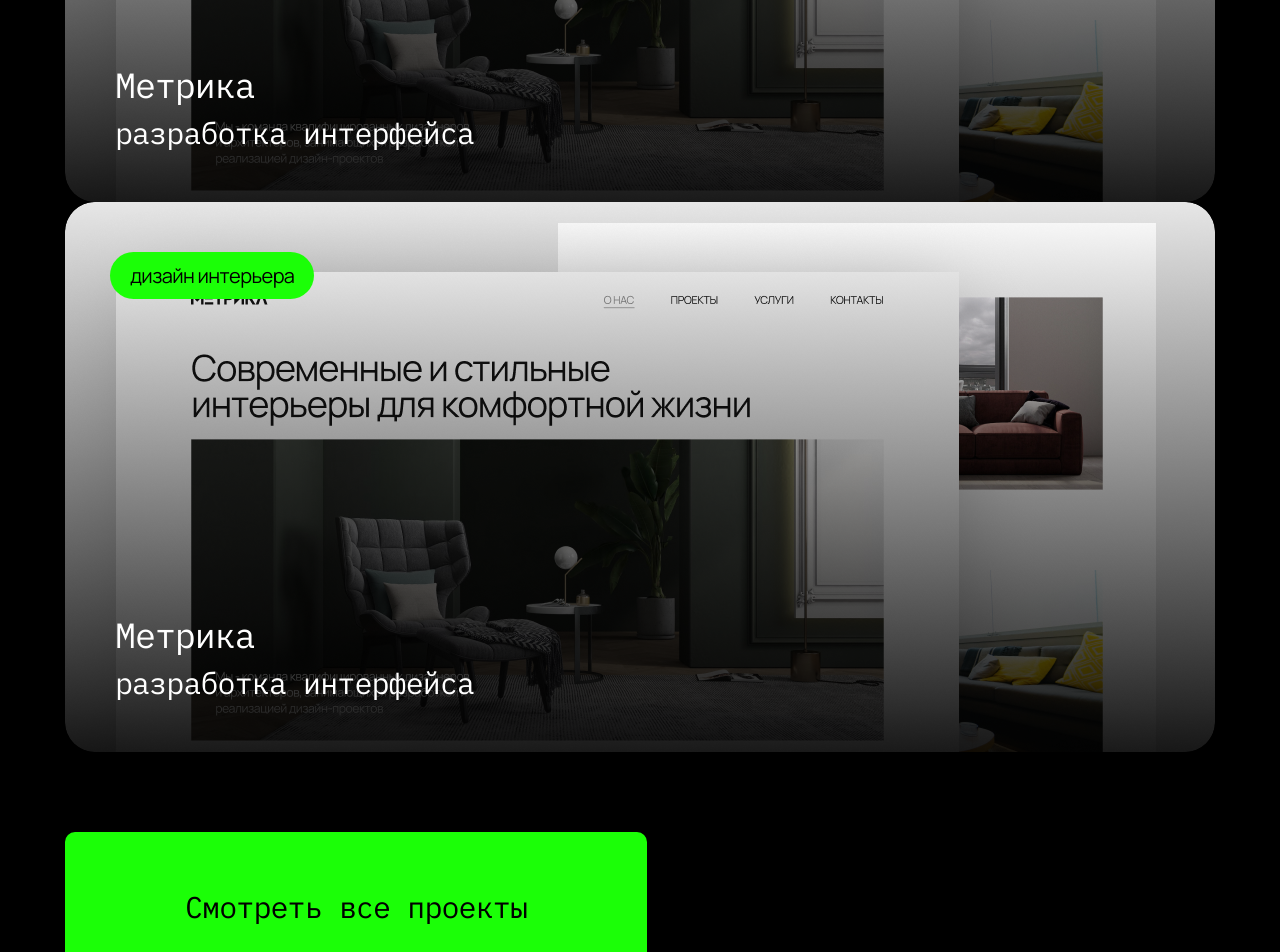
Repository: Huseynov98/portfolio-site
Page: index.html
The author's editor kept a copy of each file at every save. The page is drawn from the files as they stood at one save, then again after the next save.
The browser window is 1280 px wide. The pictures show the part of the page from y = 1880 to 2832 px (the page is 6927 px tall).
A picture or video elsewhere on the page could not be fetched, so the positions and the page height are approximate.

Above is the page before, as saved 2023-06-24 14:28:32.

### index.html
<!DOCTYPE html>
<html lang="en">
  <head>
    <meta charset="UTF-8" />
    <meta http-equiv="X-UA-Compatible" content="IE=edge" />
    <meta name="viewport" content="width=device-width, initial-scale=1.0" />
    <link rel="preconnect" href="https://fonts.googleapis.com" />
    <link rel="preconnect" href="https://fonts.gstatic.com" crossorigin />
    <link
      href="https://fonts.googleapis.com/css2?family=IBM+Plex+Mono:wght@400;700&display=swap"
      rel="stylesheet"
    />
    <link
      href="https://fonts.googleapis.com/css2?family=Manrope&display=swap"
      rel="stylesheet"
    />
    <link rel="stylesheet" href="styles/styles.css" />
    <link rel="stylesheet" href="styles/reset.css" />
    <title>Portfolio</title>
  </head>
  <body>
    <div class="welcome-block">
          <nav class="bloc-nav">
            <div class="box-logo">
              <a class="logo" href="">Huseynov</a>
            </div>
            <div class="box-link">
              <a class="nav-link" href="#portfolio"> Портфолио </a>
              <a class="nav-link" href="#benefits"> Компетенции </a>
              <a class="nav-link" href="#capability"> УСЛУГИ </a>
              <a class="nav-link" href="#connection"> КОНТАКТЫ </a>
            </div>
            <div class="js-burger-btn burger-btn"></div>
          </nav>
        <div class="box-welcom">
        <p class="text-welcom-block">
          Разрабатываю имиджевые сайты для малого и среднего бизнеса, которые
          повышают престиж компании и позволяют выделиться на фоне конкурентов
        </p>
        <h1 class="title-welcom-block">
          Привет, я Рустам — фронтенд разарботчик и дизайнер сайтов
        </h1>
      </div>
    </div>
    <section  class="portfolio-section">
      <h2 id="portfolio" class="title-portfolio">Самые свежие проекты</h2>
      <ul class="box-portfolio">
        <li class="block-portfolio">
          <a href="https://huseynov98.github.io/nothing-ear/" target="_blank">
            <p class="description-portfolio">презентация продукта</p>
          <img class="img-portfolio" src="resources/nothing-ear.png" alt="" />
          <p class="title-block-portfolio">Nothing</p>
          <p class="text-portfolio">верстка, настройка</p>
        </a>
        </li>
        <li class="block-portfolio">
          <a href="https://huseynov98.github.io/metrica/" target="_blank">
            <p class="description-portfolio">дизайн интерьера</p>
          <img class="img-portfolio" src="resources/metrica.png" alt="" />
          <p class="title-block-portfolio">Метрика</p>
          <p class="text-portfolio">разработка интерфейса</p>
        </a>
        </li>
        <li class="block-portfolio">
          <a href="https://huseynov98.github.io/createx/" target="_blank">
            <p class="description-portfolio">дизайн интерьера</p>
          <img class="img-portfolio" src="resources/metrica.png" alt="" />
          <p class="title-block-portfolio">Метрика</p>
          <p class="text-portfolio">разработка интерфейса</p>
        </a>
        </li>
      </ul>
      <a href="" class="projects-button">
        <p>Смотреть все проекты</p>
      </a>
    </section>
    <section id="benefits" class="section-benefits">
      <h3 class="heading-benefits">Мои компетенции</h3>
      <ul class="box-benefits">
        <li class="block-benefits">
          <div class="enumeration-benefits">
            <picture>
              <source
                media="(max-width: 1199px)"
                srcset="resources/html-phone.png"
              />
              <img src="resources/html.png" alt="" />
            </picture>
          </div>
          <h4 class="subtitle-benefits">HTML и CSS</h4>
          <p class="text-benefits first-text-benefits">
            это основа фронтенд разработки. Умение создавать и правильно
            структурировать HTML-документы, а также применять стили к этим
            документам на CSS, является обязательным навыком для каждого
            фронтенд разработчика.
          </p>
        </li>
        <li class="block-benefits">
          <div class="enumeration-benefits">
            <picture>
              <source
                media="(max-width: 1199px)"
                srcset="resources/js-phone.png"
              />
              <img src="resources/js.png" alt="" />
            </picture>
          </div>
          <h4 class="subtitle-benefits">JavaScript</h4>
          <p class="text-benefits">
            это язык программирования, который используется для создания
            динамического и интерактивного пользовательского интерфейса. Хороший
            фронтенд разработчик должен быть знаком с основами JavaScript,
            включая работу с DOM-деревом, асинхронными запросами и манипуляцией
            данными на стороне клиента.
          </p>
        </li>
        <li class="block-benefits">
          <div class="enumeration-benefits">
            <picture>
              <source
                media="(max-width: 1199px)"
                srcset="resources/phone-phone.png"
              />
              <img src="resources/phone.png" alt="" />
            </picture>
          </div>
          <h4 class="subtitle-benefits third-subtitle-benefits">
            Работа с библиотеками и фреймворками
          </h4>
          <p class="text-benefits">
            фронтенд разработчики должны быть знакомы с различными библиотеками
            и фреймворками, такими как React, Angular, Vue и другими. Умение
            использовать готовые решения, адаптировать их под нужды проекта и
            расширять их функциональность, является очень важным навыком.
          </p>
        </li>
        <li class="block-benefits">
          <div class="enumeration-benefits">
            <picture>
              <source
                media="(max-width: 1199px)"
                srcset="resources/development-phone.png"
              />
              <img src="resources/development.png" alt="" />
            </picture>
          </div>
          <h4 class="subtitle-benefits subtitle-benefits-last">
            Разработка для мобильных устройств и адаптивная верстка
          </h4>
          <p class="text-benefits">
            фронтенд разработчики должны быть знакомы с различными библиотеками
            и фреймворками, такими как React, Angular, Vue и другими. Умение
            использовать готовые решения, адаптировать их под нужды проекта и
            расширять их функциональность, является очень важным навыком.
          </p>
        </li>
      </ul>
    </section>
      <section class="section-capability">
        <p class="capability-heading">Помогаю реализовать широкий спектр задач</p>

          <div id="capability" class="box-capability">
          <picture>
            <source
                media="(max-width: 767px)"
                srcset="resources/full-construction-phone.png"
              />
              <img
              class="capability-img"
              src="resources/full-construction.png"
              alt=""
            />
          </picture>
          <div class="capability">
            <h5 class="heading-box">Разработка сайта под ключ</h5>
            <p>
              Это создание дизайн веб-сайтов, созданный для удобства пользователя и
              решения бизнес-задач Сайты должны быть понятными и удобными, ведь чем
              понятнее сайт, тем быстрее пользователь совершит целевое действие
            </p>
          </div>
          </div>

        <div class="box-capability">
          <picture>
            <source
                media="(max-width: 767px)"
                srcset="resources/layout-phone.png"
              />
              <img class="capability-img" src="resources/layout.png" alt="" />
          </picture>
          <div class="capability">
            <h5 class="heading-box">Верстка сайтов</h5>
            <p>
              Это процесс создания HTML-документов и применения к ним стилей на CSS.
              Фронтенд разработчик может помочь создать привлекательный и удобный
              интерфейс для вашего сайта
            </p>
          </div>
        </div>

        <div class="box-capability">
          <picture>
            <source
                media="(max-width: 767px)"
                srcset="resources/mobile-interfaces-phone.png"
              />
              <img class="capability-img" src="resources/mobile-interfaces.png" alt="" />
          </picture>
          <div class="capability">
            <h5 class="heading-box">Разработка мобильного интерфейса</h5>
            <p>
              Это процесс создания интерактивных элементов на странице с помощью
              JavaScript. Фронтенд разработчик может помочь создать динамический и
              удобный пользовательский интерфейс для вашего сайта или приложения.
            </p>
          </div>
        </div>
      </section>

    <div id="connection" class="connection">
        <div class="drawing"></div>
      <div class="box-connection">
        <p class="connection-title">Для связи со мной заполните простую форму</p>
        <input class="input-connection" type="text" name="name" placeholder="Имя Фамилия">
        <input class="input-connection" type="email" name="email" placeholder="example@mail.com">
        <button class="btn-connection">Отправить</button>
      </div>
    </div>

     <footer class="footer">
      <div class="footer-box">
        <p class="footer-title">Портфолио фротнтенд-разработчика Кирилла Немчицкого</p>
        <div class="footer-links">
          <a class="footer-connection" href="mailto:cirill77556goos@mail.com"
          >mail</a
        >

        <a class="footer-connection" href="https://t.me/KNemch"
          >telegram</a
        >
        <a
          class="footer-connection"
          href="https://www.instagram.com/kirill_niemczyk/?hl=ru"
          >instagram</a
        >
        </div>
    </div>
      <div class="footer-subtext">
        <p class="footer-text">Все права защищены. 2023</p>
        <p class="footer-text">политика обработки данных</p>
      </div>
    </footer>
    <div class="js-burger burger">
      <div class="js-contact__burger burger__contact">
          <nav class="burger-nav">
            <div class="burger-logo-link">
              <a class="burger-logo">NEMCHITSKY</a>
            </div>
              <a class="burger-nav-link nav-link-active" href="#portfolio">портфолио</a>
              <a class="burger-nav-link " href="#benefits">компетенции</a>
              <a class="burger-nav-link " href="#capability">УСЛУГИ</a>
              <a class="burger-nav-link" href="#connection">КОНТАКТЫ</a>
          </nav>
              <div class="burger-contact-box">
                <p id="contact" class="burger-contact-title">для связи:</p>
                <div class="burger-contact">
                 <div class="burger-link">
                    <a class="burger-connection" href="mailto:cirill77556goos@mail.com"
                    >mail</a
                  >
                  <a class="burger-connection" href="https://t.me/KNemch"
                    >telegram</a
                  >
                  <a
                    class="burger-connection"
                    href="https://www.instagram.com/kirill_niemczyk/?hl=ru"
                    >instagram</a
                  >
                 </div>
                </div>
              </div>
      </div>
    </div>
    <script src="burger.js"></script>
  </body>
</html>

### styles/styles.css
@import "welcom-block.css";
@import "portfolio.css";
@import "benefits.css";
@import "capability.css";
@import "connection.css";
@import "footer.css";
@import "nav.css";
@import "burger.css";

html {
  scroll-behavior: smooth;
}
body {
  background-color: black;
  font-family: "IBM Plex Mono", monospace;
  font-family: "Manrope", sans-serif;
}

### styles/welcom-block.css
.welcome-block {
  width: 100%;
  height: 100vh;
  background-size: 100%;
  margin-top: 0 auto;
  background-image: url("../resources/men.png");
  background-size: 100%;
  background-repeat: no-repeat;
  background-position: 50%;
  background-size: cover;
  display: flex;
  flex-direction: column;
  flex-wrap: nowrap;
  justify-content: space-between;
}
.box-welcom {
  width: 1150px;
  margin: 0 auto;
  display: flex;
  flex-direction: column;
  justify-content: flex-end;
  gap: 29px;
  padding-bottom: 94px;
}
.text-welcom-block {
  width: 430px;
  height: 103px;
  left: 125px;
  top: 334px;

  font-family: "IBM Plex Mono";
  font-style: normal;
  font-weight: 400;
  font-size: 20px;
  line-height: 26px;
  letter-spacing: -0.03em;

  color: #ffffff;
}
.title-welcom-block {
  width: 919px;
  height: 205px;
  font-family: "IBM Plex Mono";
  font-style: normal;
  font-weight: 400;
  font-size: 80px;
  line-height: 70px;
  letter-spacing: -0.03em;

  color: #1bff07;
}
@media (max-width: 1199px) {
  .box-welcom {
    width: 100%;
    padding: 0px 0px 60px 10px;
  }
  .title-welcom-block {
    font-size: 60px;
    line-height: 70px;
    width: 727px;
    height: 205px;
  }
}
@media (max-width: 767px) {
  .welcome-block{
    background-image: url("../resources/men-phone.png");
  }
  .box-welcom {
    padding: 0px 12px 60px 10px;
  }
  .text-welcom-block{
    font-size: 15px;
line-height: 20px;
width: 90%;
  }
  .title-welcom-block {
    font-size: 40px;
    line-height: 47px;
    width: 100%;
    height: auto;
  }
}

### styles/benefits.css
.section-benefits {
  width: 1150px;
  margin: 0 auto;
}
.heading-benefits {
  font-family: "IBM Plex Mono";
  font-style: normal;
  font-weight: 400;
  font-size: 55px;
  line-height: 72px;
  margin-bottom: 80px;
  margin-top: 150px;
  letter-spacing: -0.03em;

  color: #ffffff;
}
.box-benefits {
  display: flex;
  flex-wrap: wrap;
  justify-content: space-between;
  row-gap: 40px;
}
.block-benefits {
  width: calc(50% - 5px);
  height: auto;
}
.enumeration-benefits {
  display: flex;
  background: #1bff07;
  border-radius: 10px;
  width: 45px;
  height: 44px;
  margin-left: 2px;

  align-items: center;
  justify-content: center;
}
.enumeration-benefits img {
  background-repeat: no-repeat;
  object-fit: cover;
  object-position: 50%;
}
.subtitle-benefits {
  width: auto;
  margin-top: 15px;
  margin-bottom: 16px;
  font-family: "IBM Plex Mono";
  font-style: normal;
  font-weight: 400;
  font-size: 35px;
  line-height: 46px;
  letter-spacing: -0.03em;
  color: #1bff07;
}

.text-benefits {
  width: 100%;
  font-family: "IBM Plex Mono";
  font-style: normal;
  font-weight: 400;
  font-size: 22px;
  line-height: 29px;
  letter-spacing: -0.03em;
  color: #ffffff;
}
.first-text-benefits {
  width: 535px;
}
.third-subtitle-benefits {
  margin-bottom: 54px;
}
@media (max-width: 1199px) {
  .section-benefits {
    width: 100%;
    padding: 0 13px 0 15px;
  }
  .box-benefits {
    row-gap: 36px;
  }
  .heading-benefits {
    font-size: 45px;
    line-height: 58px;
    margin-bottom: 60px;
  }
  .enumeration-benefits {
    background: #1bff07;
    border-radius: 10px;
    width: 36px;
    height: 36px;
    text-align: center;
    margin-left: 2px;
  }
  .subtitle-benefits {
    font-size: 28px;
    line-height: 36px;
    margin-top: 10px;
    margin-bottom: 13px;
  }
  .text-benefits {
    font-size: 18px;
    line-height: 23px;
  }
  .first-text-benefits {
    width: 95%;
  }
  .third-subtitle-benefits {
    margin-bottom: 46px;
  }
}
@media (max-width: 767px) {
  .box-benefits {
    align-content: flex-start;
    flex-direction: column;
    align-items: flex-start;
    gap: 60px;
  }
  .block-benefits {
    width: 100%;
    height: auto;
  }
  .heading-benefits {
    margin-bottom: 60px;
    margin-top: 100px;
  }
  .subtitle-benefits {
    margin-bottom: 15px;
  }
}

### styles/capability.css
.section-capability {
  width: 1150px;
  margin: 0 auto;
  display: flex;
  flex-direction: column;
  row-gap: 40px;
}
.capability-heading {
  margin-top: 150px;
  margin-bottom: 40px;
  width: 403px;
  height: 92px;
  font-family: "IBM Plex Mono";
  font-style: normal;
  font-weight: 400;
  font-size: 35px;
  line-height: 46px;
  letter-spacing: -0.03em;

  color: #ffffff;
}
.capability-img {
  width: 1150px;
  height: 200px;
  border-radius: 30px;
}
.capability {
  width: 100%;
  height: 283px;
  border-radius: 30px;
  background: #191c19;
  padding: 40px 40px 40px 40px;
  display: flex;
  justify-content: space-between;
}
.heading-box {
  font-family: "IBM Plex Mono";
  font-style: normal;
  font-weight: 400;
  font-size: 55px;
  line-height: 72px;
  width: 490px;
  height: auto;

  letter-spacing: -0.03em;

  color: #1bff07;
}
.box-capability p {
  font-family: "IBM Plex Mono";
  font-style: normal;
  font-weight: 400;
  font-size: 22px;
  line-height: 29px;
  letter-spacing: -0.03em;
  color: #ffffff;
  width: 525px;
  height: 175px;
}
@media (max-width: 1199px) {
  .section-capability {
    width: 100%;
    row-gap: 32px;
    padding: 0 15px 0 15px;
  }
  .capability-heading {
    margin-top: 150px;
    margin-bottom: 28px;
    width: 326px;
    height: 74px;
    font-size: 28.3043px;
    line-height: 37px;
  }
  .capability-img {
    width: 100%;
    height: 162px;
    object-fit: cover;
    object-position: 50%;
  }
  .capability {
    height: 229px;
    padding: 32px;
  }
  .heading-box {
    font-size: 45px;
    line-height: 110%;
    width: calc(50% - 25px);
    height: auto;
  }
  .box-capability p {
    font-size: 18px;
    line-height: 23px;
    width: calc(50% - 10px);
    height: auto;
  }
}
@media (max-width: 767px) {
  .section-capability {
    row-gap: 60px;
    padding: 0 13px 0 12px;
  }
  .capability-heading {
    margin-top: 100px;
    margin-bottom: 0px;
    width: 90%;
    height: auto;
  }
  .capability-img {
    height: 225px;
  }
  .capability {
    width: 100%;
    height: auto;
    padding: 30px 20px 30px 20px;
    flex-direction: column;
    align-items: flex-start;
    row-gap: 15px;
  }
  .heading-box {
    font-size: 35px;
    line-height: 110%;
    width: 95%;
    height: auto;
  }
  .box-capability p {
    font-size: 18px;
    line-height: 23px;
    width: 100%;
    height: auto;
  }
}

### styles/footer.css
.footer {
  width: 100%;
  height: 223px;
  margin: 0 auto;
  background: #ffffff;
  border-radius: 30px 30px 0 0;
}
.footer-box {
  width: 1150px;
  margin: 0 auto;
  display: flex;
  justify-content: space-between;
  padding-top: 76px;
}
.footer-links {
  display: flex;
  gap: 24px;
}
.footer-subtext {
  width: 1150px;
  display: flex;
  margin: 0 auto;
  justify-content: space-between;
  border-radius: 30px 30px 0 0;
}
.footer-title {
  font-family: "Manrope";
  font-style: normal;
  font-weight: 400;
  font-size: 22px;
  line-height: 30px;
  letter-spacing: -0.03em;
  color: #000000;
}

.footer-text {
  font-family: "Manrope";
  font-style: normal;
  font-weight: 400;
  font-size: 20px;
  line-height: 27px;
  letter-spacing: -0.03em;
  margin-top: 66px;
  color: #000000;
  opacity: 0.5;
}
.footer-connection {
  font-family: "Manrope";
  font-style: normal;
  font-weight: 400;
  font-size: 22px;
  line-height: 30px;
  letter-spacing: -0.03em;
  text-decoration: none;
  color: #000000;
}
.footer-connection:hover {
  opacity: 0.5;
}
@media (max-width: 1199px) {
  .footer {
    height: 156px;
  }
  .footer-box {
    width: 100%;
    padding: 51px 40px 0px 40px;
  }
  .footer-links {
    gap: 14px;
  }
  .footer-subtext {
    width: 100%;
    padding: 0px 40px 0px 40px;
  }
  .footer-title {
    font-size: 16px;
    line-height: 22px;
  }
  .footer-text {
    font-size: 14px;
    line-height: 19px;
    margin-top: 43px;
    width: auto;
  }
  .footer-connection {
    font-size: 16px;
    line-height: 22px;
  }
}
@media (max-width: 767px) {
  .footer {
    height: 249px;
  }
  .footer-box {
    flex-direction: column;
    row-gap: 20px;
    padding: 47px 12px 0px 13px;
  }
  .footer-links {
    gap: 13px;
  }
  .footer-subtext {
    padding: 40px 12px 0px 13px;
    flex-direction: column;
    row-gap: 12px;
  }
  .footer-title {
    font-size: 15px;
    line-height: 20px;
  }
  .footer-text {
    font-size: 13px;
    line-height: 18px;
    margin-top: 0px;
    width: auto;
  }
  .footer-connection {
    font-size: 13px;
    line-height: 18px;
  }
}

### styles/nav.css
.bloc-nav{
  margin-top: 100px;
    width: 1150px;
    margin: 0 auto;
    display: flex;
    justify-content: space-between;
    align-items: center;
    padding-top: 36px;
  }
  .box-logo{
    background: #000000;
    border-radius: 100px;
    padding: 5px 15px 5px 15px;
    text-align: center;
  }
  .logo {
    text-decoration: none;
    font-family: "IBM Plex Mono";
    font-style: normal;
    font-weight: 700;
    font-size: 42.4138px;
    line-height: 36px;
    letter-spacing: -0.11em;
    text-transform: uppercase;
    color: #1bff07;
  }
  .box-link{
    display: flex;
    align-items: center;
    gap: 50px;
  }
  .nav-link {
    display: inline-block;
    font-family: "IBM Plex Mono";
    font-style: normal;
    font-weight: 400;
    font-size: 18px;
    line-height: 23px;
    letter-spacing: -0.03em;
    text-transform: lowercase;
    text-decoration: none;
    color: #ffffff;
  }
  .nav-link:hover {
    color: #1bff07;
  }

  @media (max-width: 1199px) {
    .bloc-nav{
      width: 100%;
      padding: 38px 16px 30px 13px;
    }
    .burger-btn{
      display: block;
    }
    .box-link{
      display: none;
    }
  }
  @media (max-width: 767px) {
    .box-logo{
      padding: 5px 15px 5px 15px;
    }
    .logo{
      font-size: 36px;
    }
  }

Loaded but not shown: styles/reset.css (common file); burger.js (24 lines, source omitted); styles/portfolio.css (178 lines, source omitted); styles/connection.css (153 lines, source omitted); styles/burger.css (128 lines, source omitted)

After the next save:
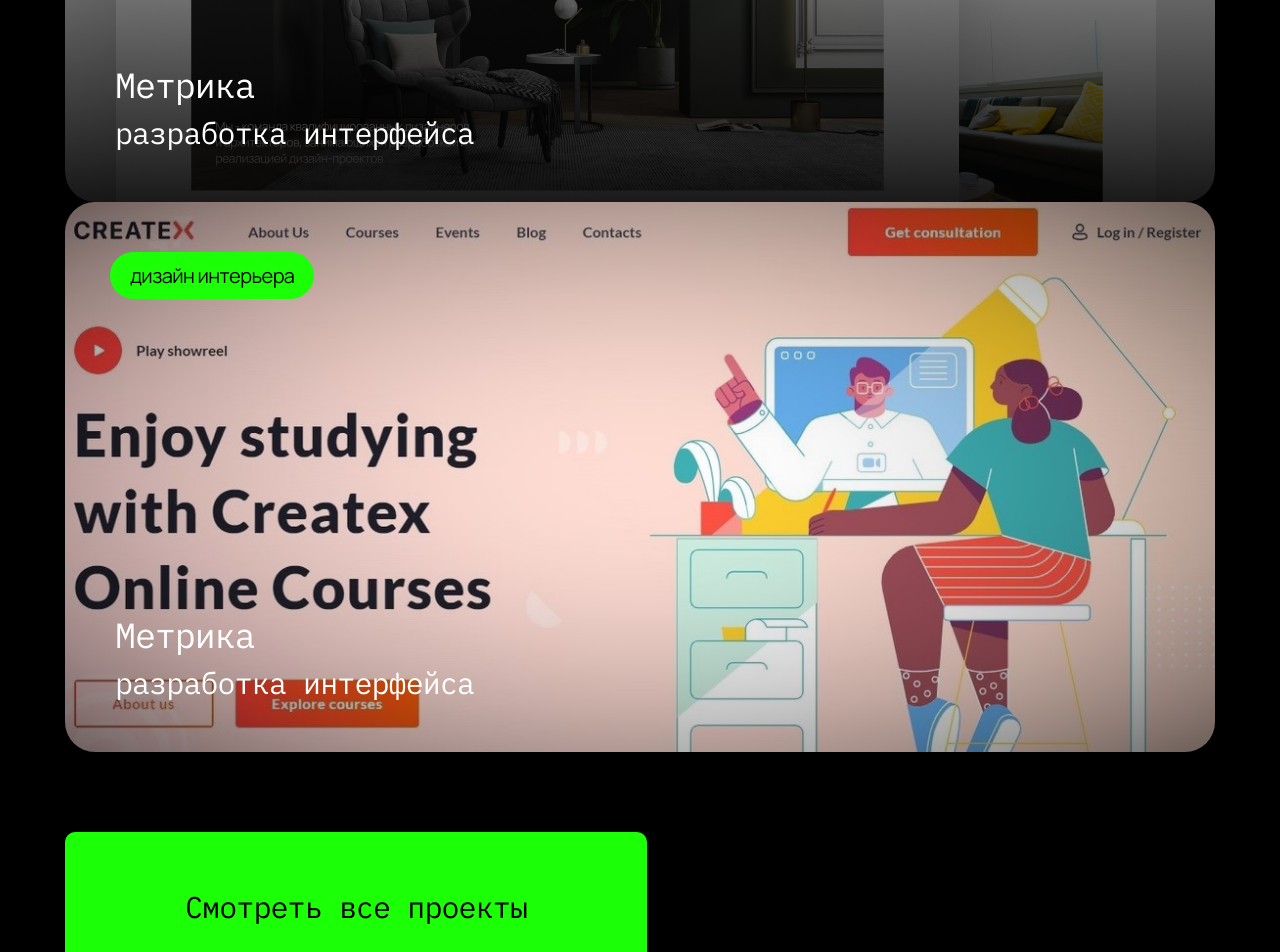
Saved 3 min 33 s later.
--- a/index.html
+++ b/index.html
@@ -64,7 +64,7 @@
         <li class="block-portfolio">
           <a href="https://huseynov98.github.io/createx/" target="_blank">
             <p class="description-portfolio">дизайн интерьера</p>
-          <img class="img-portfolio" src="resources/metrica.png" alt="" />
+          <img class="img-portfolio" src="./resources/createx.jpg" alt="" />
           <p class="title-block-portfolio">Метрика</p>
           <p class="text-portfolio">разработка интерфейса</p>
         </a>
